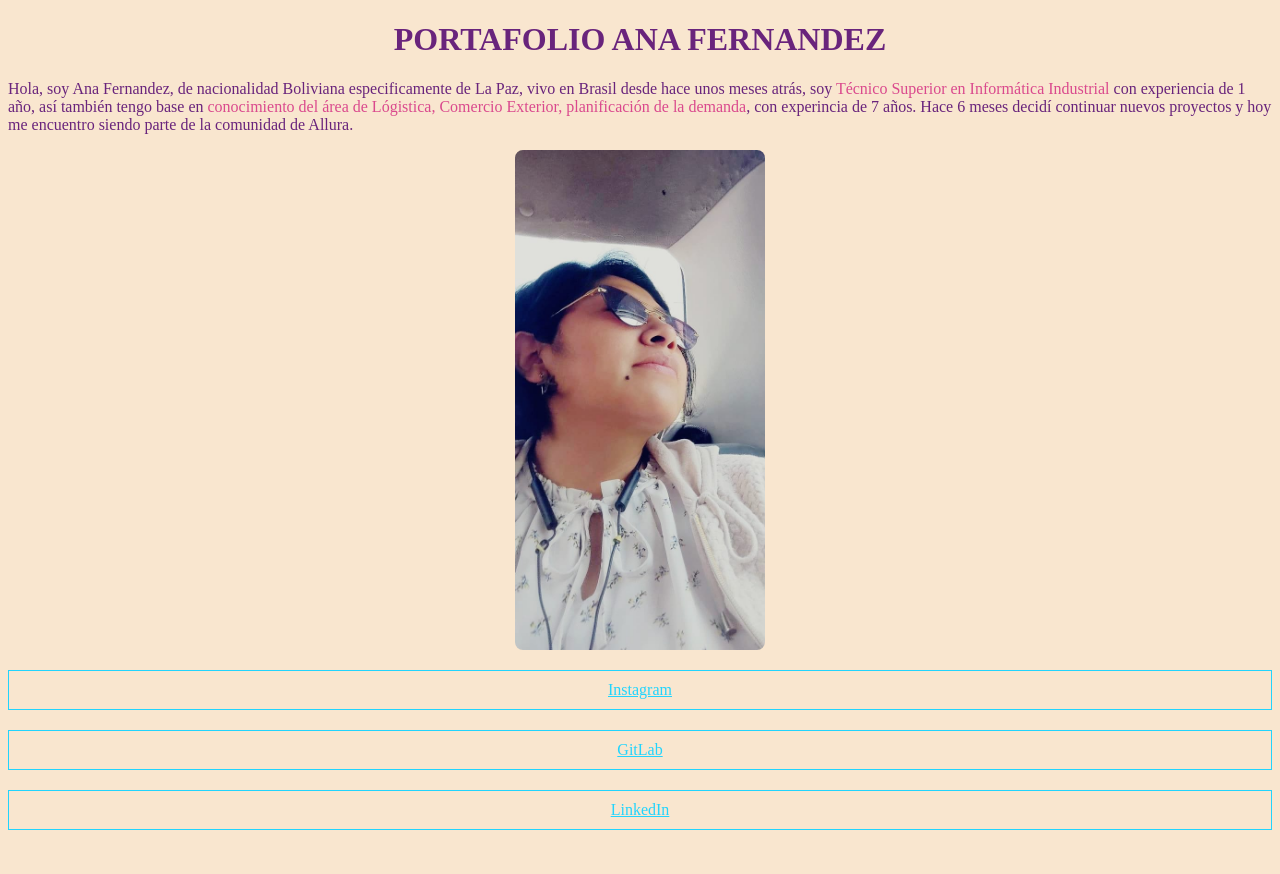
Repository: AnaFzCz/PROYECTOS-HTML---CSS2
Page: Portafolio/index.html
These files come from the project's save history. The page is drawn as it stood at one moment and after the next save; the edit follows.
The browser window is 1280 px wide. The pictures show the whole page.

Above is the page before, as saved 2025-01-23 07:42:06.

### Portafolio/index.html
<!DOCTYPE html>
<html lang="en">
<head>
    <meta charset="UTF-8">
    <meta http-equiv="X-UA-Compatible" content="IE=edge">
    <meta name="viewport" content="width=device-width, initial-scale=1.0">
    <title>Portafolio</title>
    <link rel="stylesheet" href="style.css">
</head>
<body>
    <header>

    </header>
    <main>
        <h1 style="text-align: center;">PORTAFOLIO ANA FERNANDEZ</h1>
        <p>Hola, soy Ana Fernandez, de nacionalidad Boliviana especificamente de La Paz, vivo en Brasil desde hace unos meses atrás, soy <span>Técnico Superior en Informática Industrial</span> con experiencia de 1 año, así también tengo base en <span>conocimiento del área de Lógistica, Comercio Exterior, planificación de la demanda</span>, con experincia de 7 años. Hace 6 meses decidí continuar nuevos proyectos y hoy me encuentro siendo parte de la comunidad de Allura.</p>
        <img src="mindfullness.jpg" alt="myself" style="width:250px;height: 500px;">
        <div class="bloq" >
        <a class="bot" href="https://instagram.com/anafzcz">Instagram</a>
        <a class="bot" href="https://github.com/AnaFzCz">GitLab</a>
        <a class="bot" href="https://linkedin.com/in/ana-fernandez-cruz-238787124">LinkedIn</a>
        <br>
        <br>

        </div>

    </main>
    <footer></footer>
</body>
</html>

### Portafolio/style.css
body{
   background-color: #F9E6CF;
   color:#69247C;
    font-family: "papyrus";
}

span{
    color:#DA498D;
}

a{
    color: #22D4FD;

    border: 1px solid #22D4FD;
    padding: 10px;
    text-align: center;
}
.bot {

    margin-top: 20px;
    display: flex;
    justify-content: center;

  }

h1 {
   align-content: center;
}
img {
    border-radius: 8px;
    display: block;
    margin-left: auto;
    margin-right: auto;
  }

  img:hover {
    transform: scaleX(-1);
  }

After the next save:
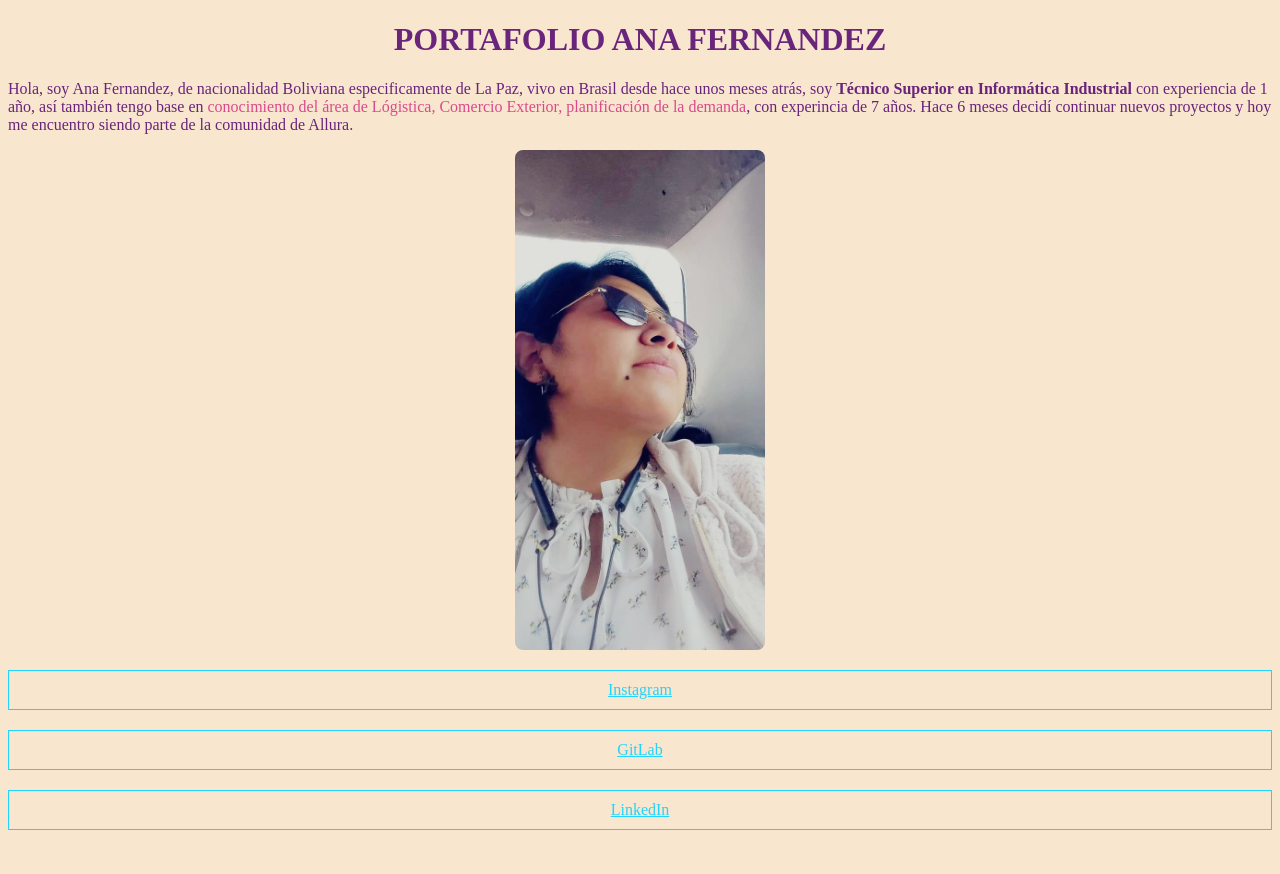
Saved 23 h 33 min later.
--- a/Portafolio/index.html
+++ b/Portafolio/index.html
@@ -13,7 +13,7 @@
     </header>
     <main>
         <h1 style="text-align: center;">PORTAFOLIO ANA FERNANDEZ</h1>
-        <p>Hola, soy Ana Fernandez, de nacionalidad Boliviana especificamente de La Paz, vivo en Brasil desde hace unos meses atrás, soy <span>Técnico Superior en Informática Industrial</span> con experiencia de 1 año, así también tengo base en <span>conocimiento del área de Lógistica, Comercio Exterior, planificación de la demanda</span>, con experincia de 7 años. Hace 6 meses decidí continuar nuevos proyectos y hoy me encuentro siendo parte de la comunidad de Allura.</p>
+        <p>Hola, soy Ana Fernandez, de nacionalidad Boliviana especificamente de La Paz, vivo en Brasil desde hace unos meses atrás, soy <strong class="destacar">Técnico Superior en Informática Industrial</strong> con experiencia de 1 año, así también tengo base en <span>conocimiento del área de Lógistica, Comercio Exterior, planificación de la demanda</span>, con experincia de 7 años. Hace 6 meses decidí continuar nuevos proyectos y hoy me encuentro siendo parte de la comunidad de Allura.</p>
         <img src="mindfullness.jpg" alt="myself" style="width:250px;height: 500px;">
         <div class="bloq" >
         <a class="bot" href="https://instagram.com/anafzcz">Instagram</a>
